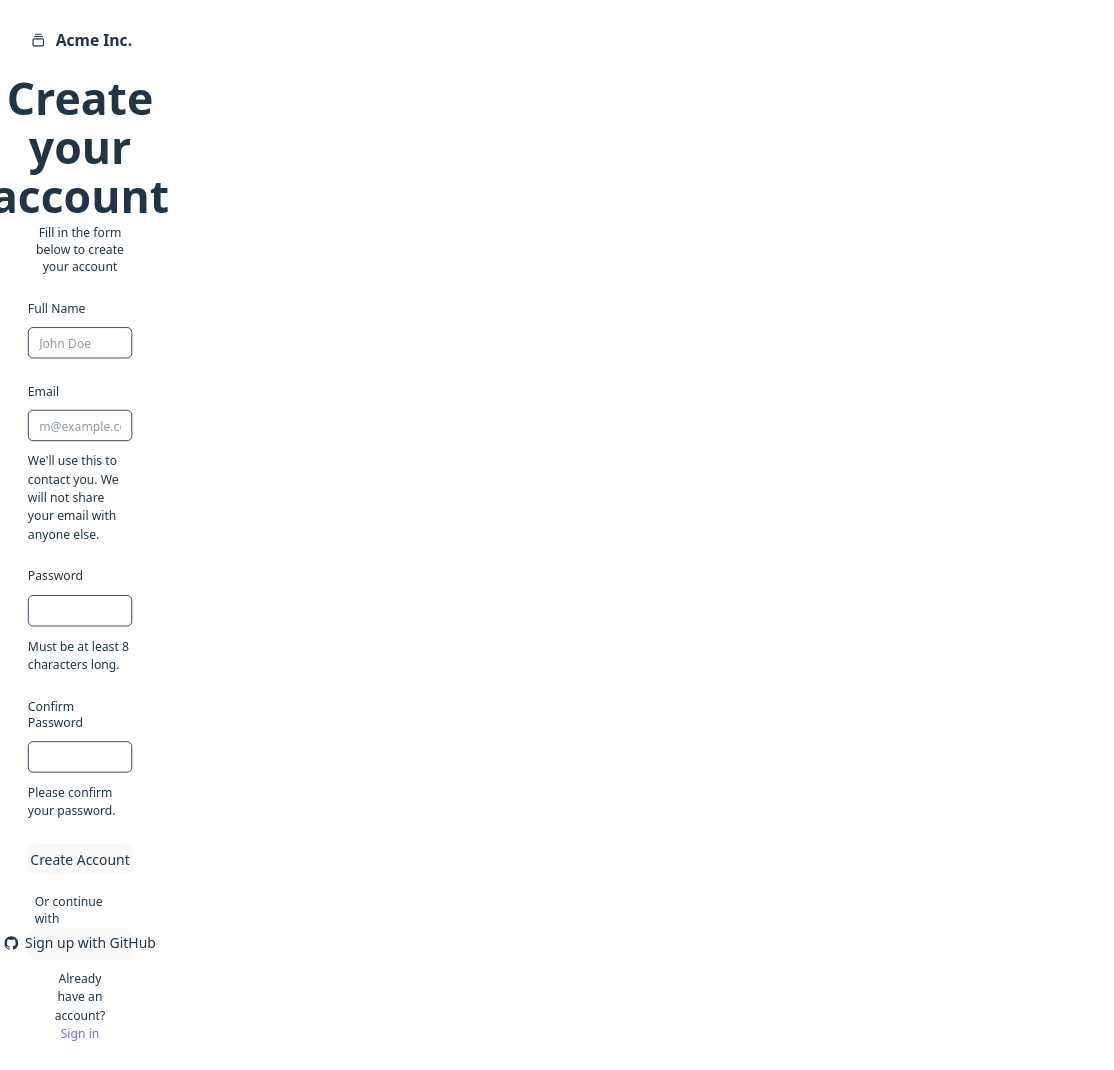
Repository: toilatrung/auth-ui-kit
Page: /register
The author's editor kept a copy of each file at every save. The page is drawn from the files as they stood at one save, then again after the next save.
The browser window is 1280 px wide. The pictures show the whole page, at 87% of full size.
The project was rebuilt for these pictures with package versions that can differ from the ones it lists, and the page was loaded fresh each time. Also part of the build but not shown: vite.config.ts, src/pages/LoginPage.tsx.

Above is the page before, as saved 2025-11-01 16:05:07.

After the next save:
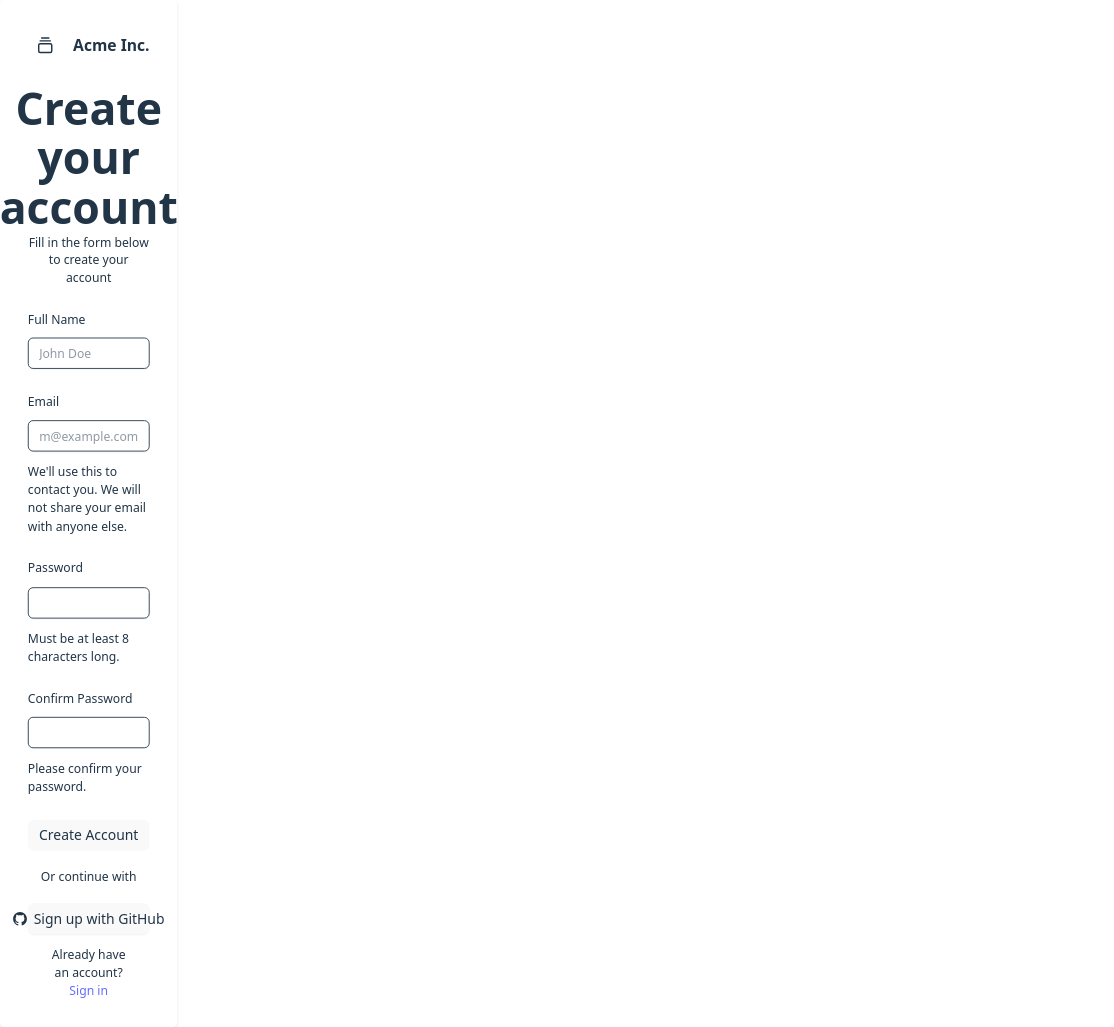
Saved 6 s later.
--- a/src/pages/RegisterPage.tsx
+++ b/src/pages/RegisterPage.tsx
@@ -3,17 +3,17 @@
 
 const RegisterPage = () => {
   return (
-    <div className="flex min-h-screen flex-col items-center justify-center bg-background">
-      <div className="w-full max-w-md space-y-6 p-8">
+    <div className="flex min-h-screen items-center justify-center bg-background">
+      <div className="w-full max-w-md rounded-md p-8 shadow-sm">
         {/* Logo */}
-        <div className="flex items-center justify-center gap-2">
-          <div className="bg-primary text-primary-foreground flex size-6 items-center justify-center rounded-md">
-            <GalleryVerticalEnd className="size-4" />
+        <div className="flex items-center justify-center gap-3 mb-6">
+          <div className="bg-primary text-primary-foreground flex h-10 w-10 items-center justify-center rounded-md">
+            <GalleryVerticalEnd className="h-5 w-5" />
           </div>
           <span className="text-lg font-semibold">Acme Inc.</span>
         </div>
 
-        {/* Signup Form (heading có sẵn bên trong) */}
+        {/* Form */}
         <SignupForm />
       </div>
     </div>
